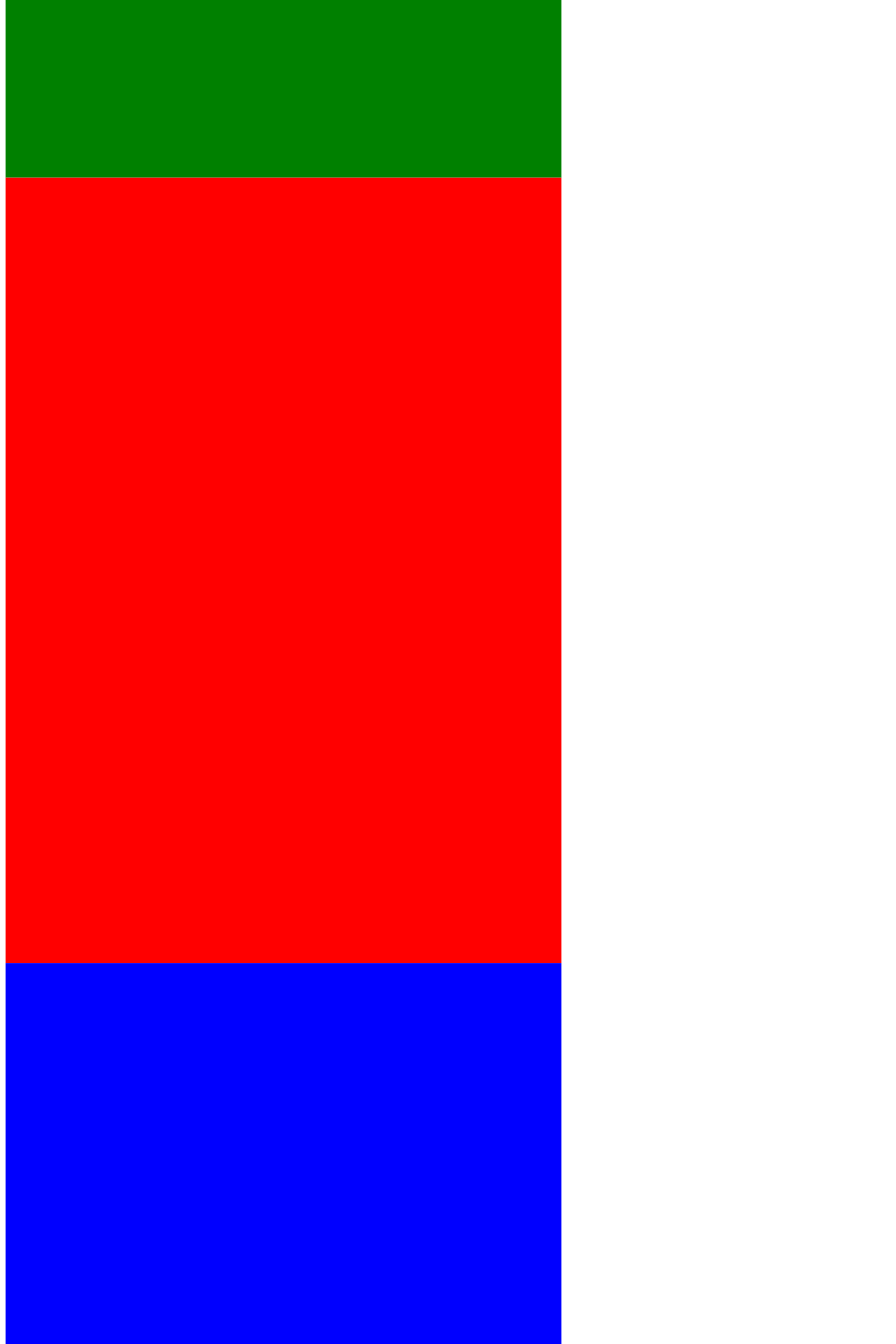
Repository: mrdizzy/node-casamiento
Page: public/wip/test_print/ie.html
The author's editor kept a record of every edit. The page is drawn from the files as they stood at one moment, then again after the next edit.
The browser window is 1280 px wide. The pictures show the part of the page from y = 877 to 2797 px (the page is 4506 px tall before and 4491 px after), at 70% of full size.

Above is the page before.

After the next edit:
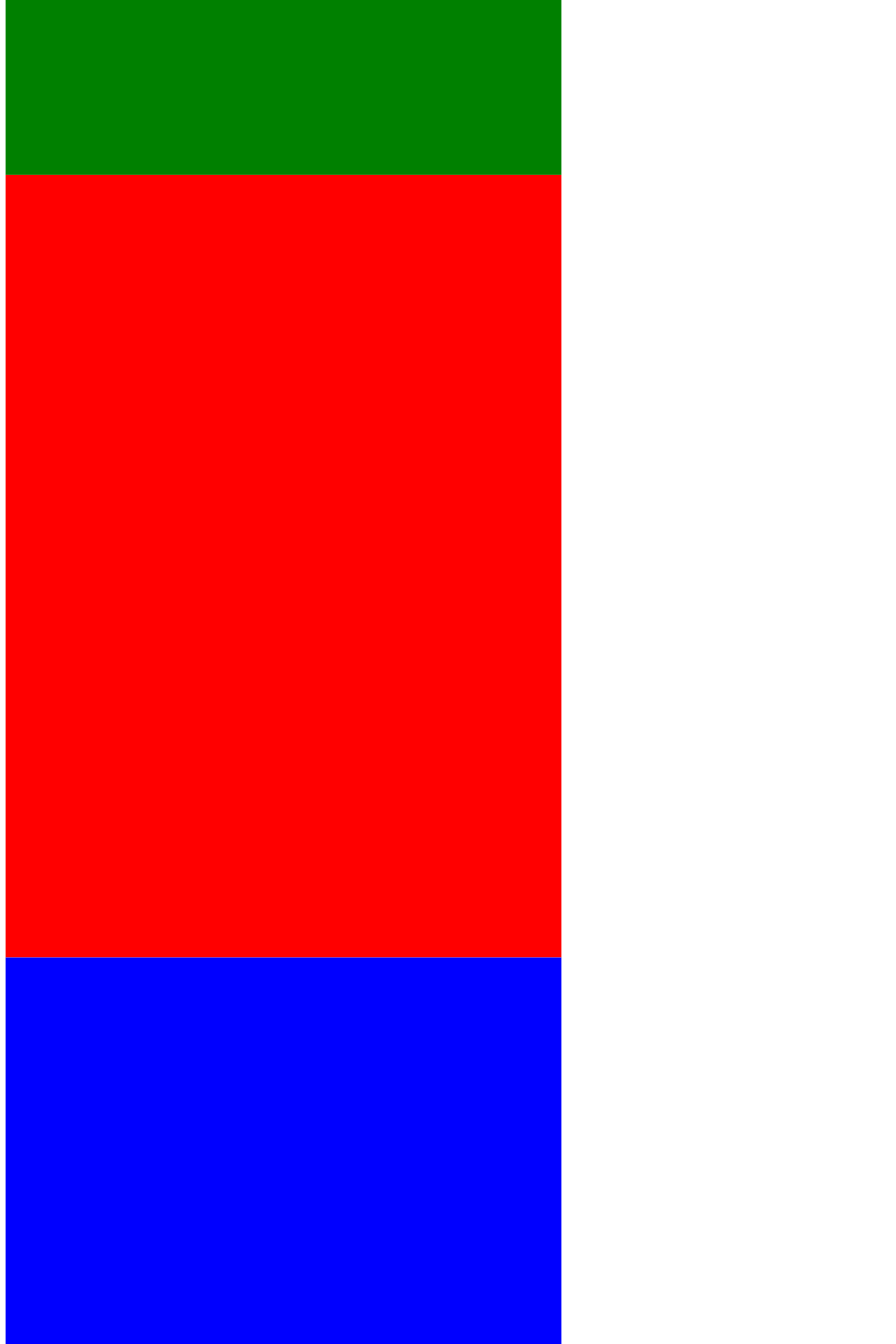
The edit:
--- a/public/wip/test_print/ie.html
+++ b/public/wip/test_print/ie.html
@@ -27,16 +27,16 @@
 </head>
 
 <body>
-<div class="group" style="width:210mm;height:297mm;background-color:green;">
+<div class="group" style="width:210mm;height:296mm;background-color:green;">
   </div>
 
-<div class="group" style="width:210mm;height:297mm;background-color:red;">
+<div class="group" style="width:210mm;height:296mm;background-color:red;">
   </div>
 
-<div class="group" style="width:210mm;height:297mm;background-color:blue;">
+<div class="group" style="width:210mm;height:296mm;background-color:blue;">
   </div>
 
-<div class="group" style="width:210mm;height:297mm;background-color:yellow;">
+<div class="group" style="width:210mm;height:296mm;background-color:yellow;">
   </div>
 </body>
 

After the 3 edits that followed:
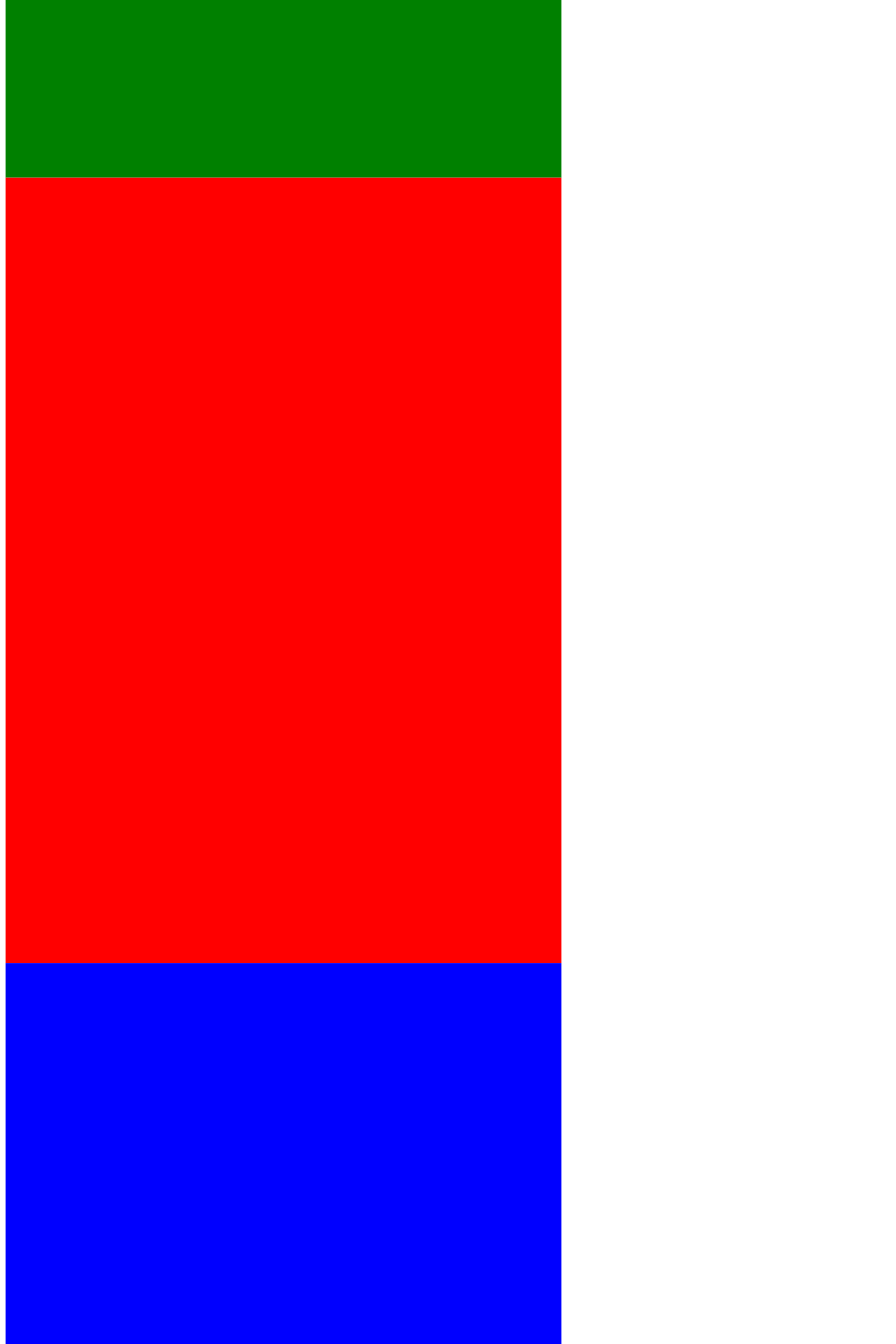
The 3 edits are shown as one change because 2 left the picture as it was.
The edit:
--- a/public/wip/test_print/ie.html
+++ b/public/wip/test_print/ie.html
@@ -9,10 +9,10 @@
 //////////////////////////////// */
   @media print {
 
-   html, body { background-image:none; margin:0;padding:0; }
+   html, body, div { background-image:none; margin:0;padding:0;border:0; }
 
     #printsvg { display:block; }
-    .group { height:296mm;width:210mm;page-break-after:always; }
+    .group { height:297mm;width:210mm;page-break-after:always; }
     #background_container, #ui_print_alert { display:none; }
   }
   @page{
@@ -27,16 +27,16 @@
 </head>
 
 <body>
-<div class="group" style="width:210mm;height:296mm;background-color:green;">
+<div class="group" style="width:210mm;height:297mm;background-color:green;">
   </div>
 
-<div class="group" style="width:210mm;height:296mm;background-color:red;">
+<div class="group" style="width:210mm;height:297mm;background-color:red;">
   </div>
 
-<div class="group" style="width:210mm;height:296mm;background-color:blue;">
+<div class="group" style="width:210mm;height:297mm;background-color:blue;">
   </div>
 
-<div class="group" style="width:210mm;height:296mm;background-color:yellow;">
+<div class="group" style="width:210mm;height:297mm;background-color:yellow;">
   </div>
 </body>
 
